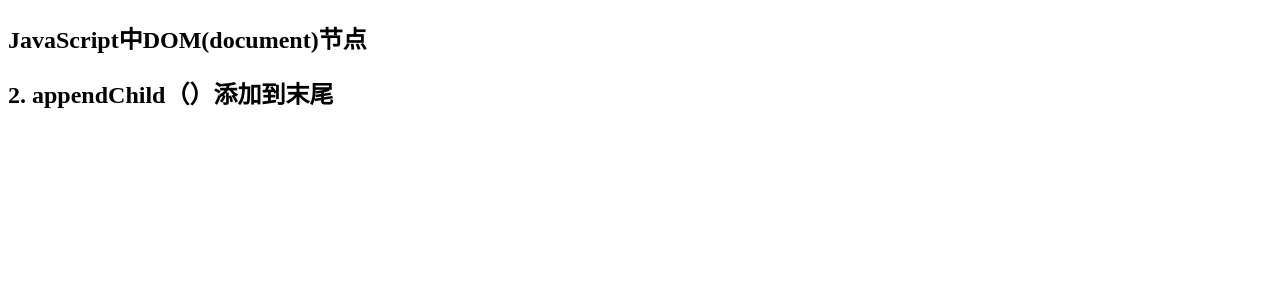
Repository: jarvanstack/vscode
Page: JavaScript/appendChild添加到末尾.html
These files come from the project's save history. The page is drawn as it stood at one moment and after the next save; the edit follows.
The browser window is 1280 px wide. The pictures show the whole page.

Above is the page before, as saved 2020-06-13 14:16:31.

### JavaScript/appendChild添加到末尾.html
<!DOCTYPE html>
<html lang="en">
<head>
    <meta charset="UTF-8">
    <meta name="viewport" content="width=device-width, initial-scale=1.0">
    <title>appendChild（）添加到末尾</title>
</head>
<body>
    <h2>JavaScript中DOM(document)节点</h2>
    <h2> 2. appendChild（）添加到末尾</h2>
    <div id="demo01">

    </div>
</body>
</html>

After the next save:
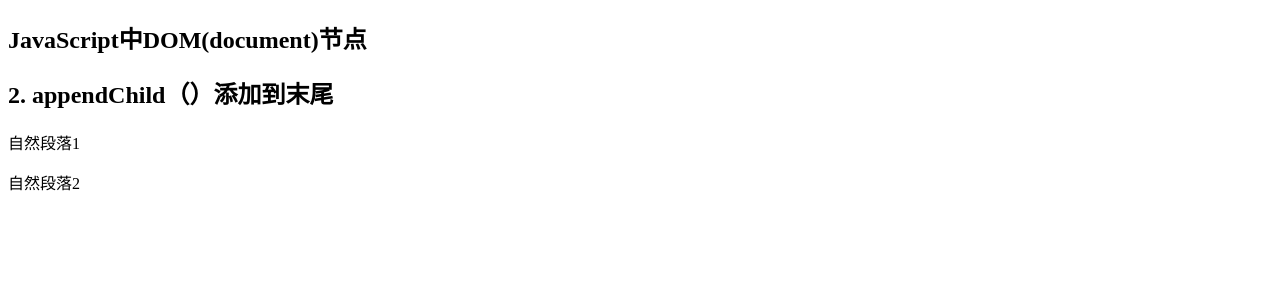
Console error: SyntaxError: Unexpected end of input
Saved 2 min 4 s later.
--- a/JavaScript/appendChild添加到末尾.html
+++ b/JavaScript/appendChild添加到末尾.html
@@ -9,7 +9,11 @@
     <h2>JavaScript中DOM(document)节点</h2>
     <h2> 2. appendChild（）添加到末尾</h2>
     <div id="demo01">
-
+        <p>自然段落1</p>
+        <p>自然段落2</p>
     </div>
+    <script>
+        var para =
+    </script>
 </body>
 </html>
